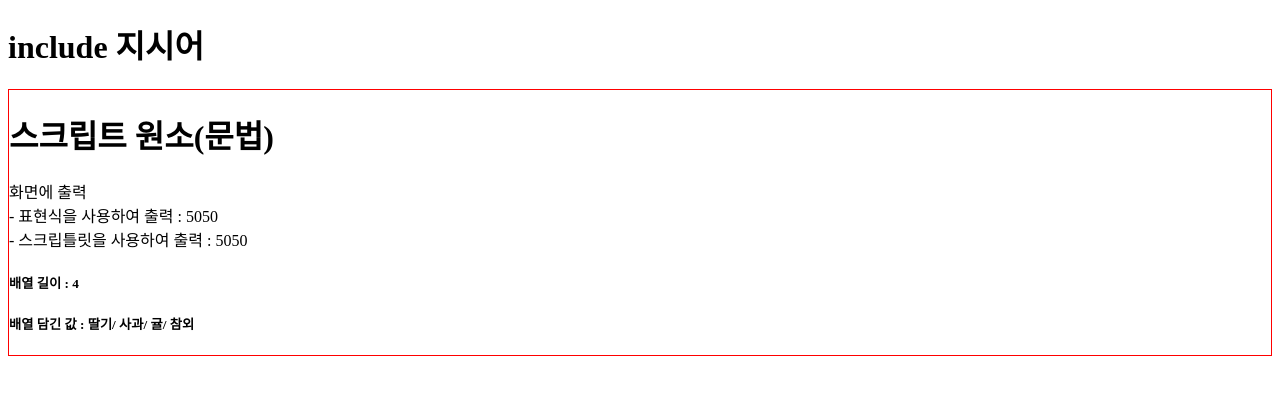
Repository: kkh1396/kh_front
Page: http://localhost/2_jsp/views/1_Basic/4_directiveInclude.jsp
An editor plug-in stored every save of this project. The page is shown before and after the next save, followed by the edit.
The browser window is 1280 px wide. The pictures show the whole page.
The page is served by Tomcat 9. Other server files are loaded and not shown.

Above is the page before, as saved 2025-03-20 02:31:06.

### 05_server/2_jsp/src/main/webapp/views/1_Basic/4_directiveInclude.jsp
<%@ page language="java" contentType="text/html; charset=UTF-8"
    pageEncoding="UTF-8"%>
<!DOCTYPE html>
<html>
<head>
<meta charset="UTF-8">
<title>JSP - include</title>
</head>
<body>

    <h1>include 지시어</h1>

    <div style= "border : 1px solid red;">
    		<%@ include file="2_scriptElement.jsp" %>


    </div>

</body>
</html>

### 05_server/2_jsp/src/main/webapp/views/1_Basic/2_scriptElement.jsp
<%@ page language="java" contentType="text/html; charset=UTF-8"
    pageEncoding="UTF-8"%>
<!DOCTYPE html>
<html>
<head>
<meta charset="UTF-8">
<title>JSP 스크립트 원소</title>
</head>
<body>
     <h1>스크립트 원소(문법)</h1>

     <%
        /*
          스크립틀릿 : 해당 영역 내에서는 자바 코드 작성 가능
        */

        int sum = 0; // 변수 선언

        // 제어문 사용
        for(int i=1 ; i<=100; i++ ){
            sum += i;
        }
     %>

     <p>
         화면에 출력 <br>
          - 표현식을 사용하여 출력 : <%= sum %> <br>
          - 스크립틀릿을 사용하여 출력 : <% out.println(sum); %>
          <%-- out : jsp 내장 객체 (PrintWriter 타입) --%>
     </p>


	 <%
	  	 String[] sArr = {"딸기","사과","귤","참외"};

	 %>

	<h5>배열 길이 :
	     <%= sArr.length %>
	 </h5>
	<h5>배열 담긴 값 :
	     <%= String.join("/ ", sArr) %>
	</h5>


</body>
</html>

After the next save:
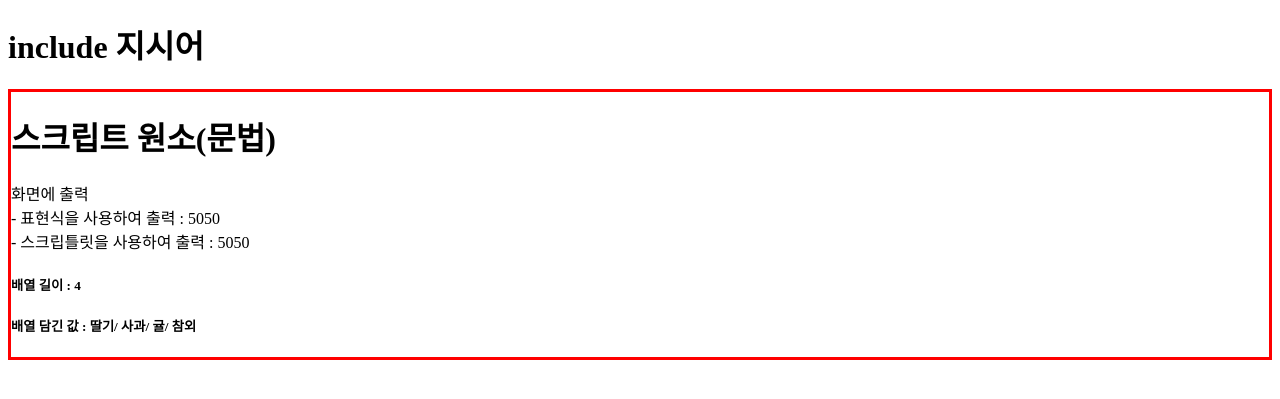
Saved 23 s later.
--- a/05_server/2_jsp/src/main/webapp/views/1_Basic/4_directiveInclude.jsp
+++ b/05_server/2_jsp/src/main/webapp/views/1_Basic/4_directiveInclude.jsp
@@ -10,7 +10,7 @@
 
     <h1>include 지시어</h1>
 
-    <div style= "border : 1px solid red;">
+    <div style= "border : 3px solid red;">
     		<%@ include file="2_scriptElement.jsp" %>
 
 
